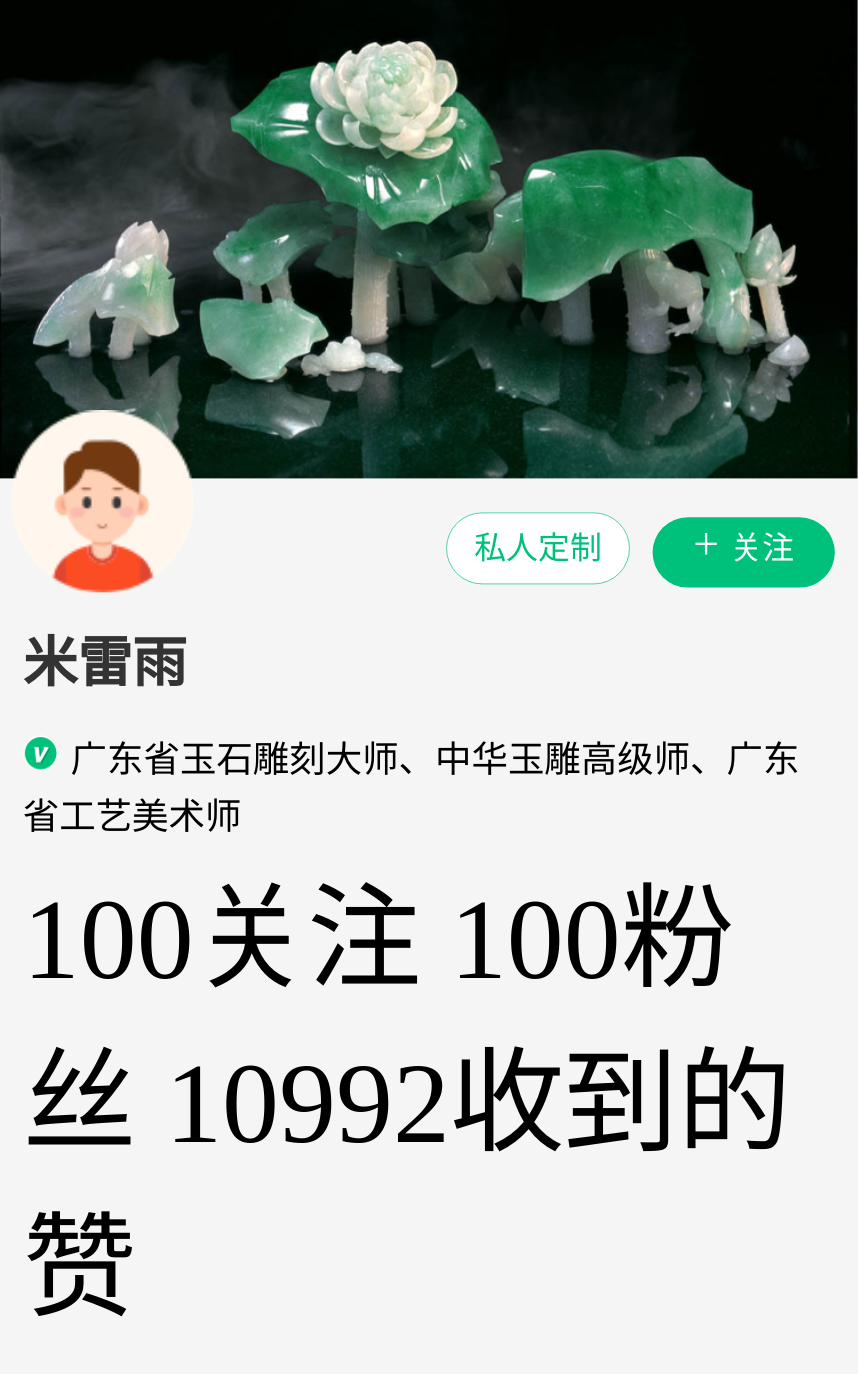
Repository: 1yanglulu/-
Page: html/jadecarvemaincenter.html
An editor plug-in stored every save of this project. The page is shown before and after the next save, followed by the edit.
The browser window is 1280 px wide. The pictures show the whole page, at 67% of full size.

Above is the page before, as saved 2020-01-07 14:28:25.

After the next save:
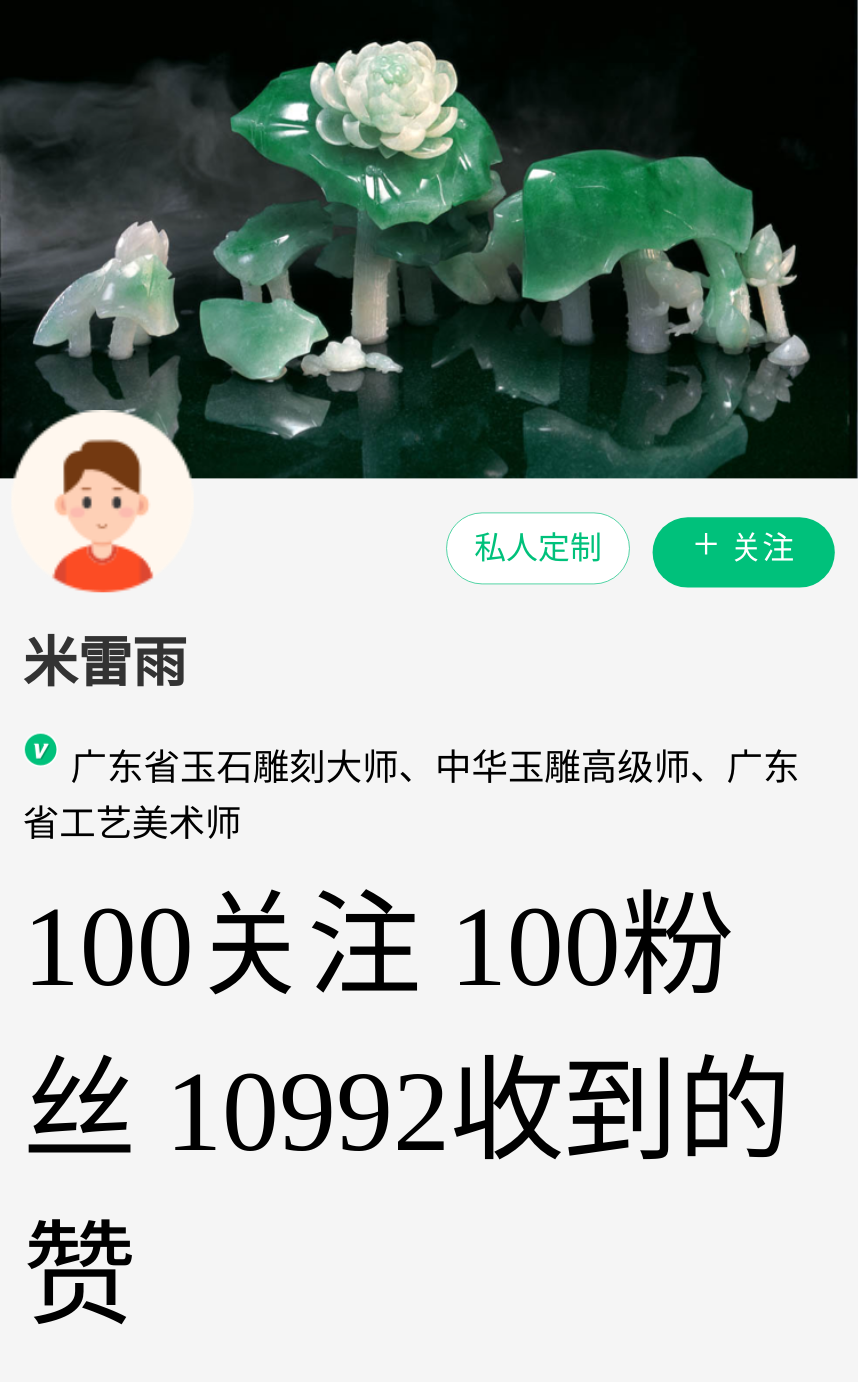
Saved 23 s later.
--- a/css/jadecarvemaincenter.css
+++ b/css/jadecarvemaincenter.css
@@ -73,6 +73,6 @@
 .touxian{
   font-size: .32rem;
   color: #000000;
-  vertical-align: baseline;
+  vertical-align:-webkit-baseline-middle;
   line-height: .5rem;
 }
